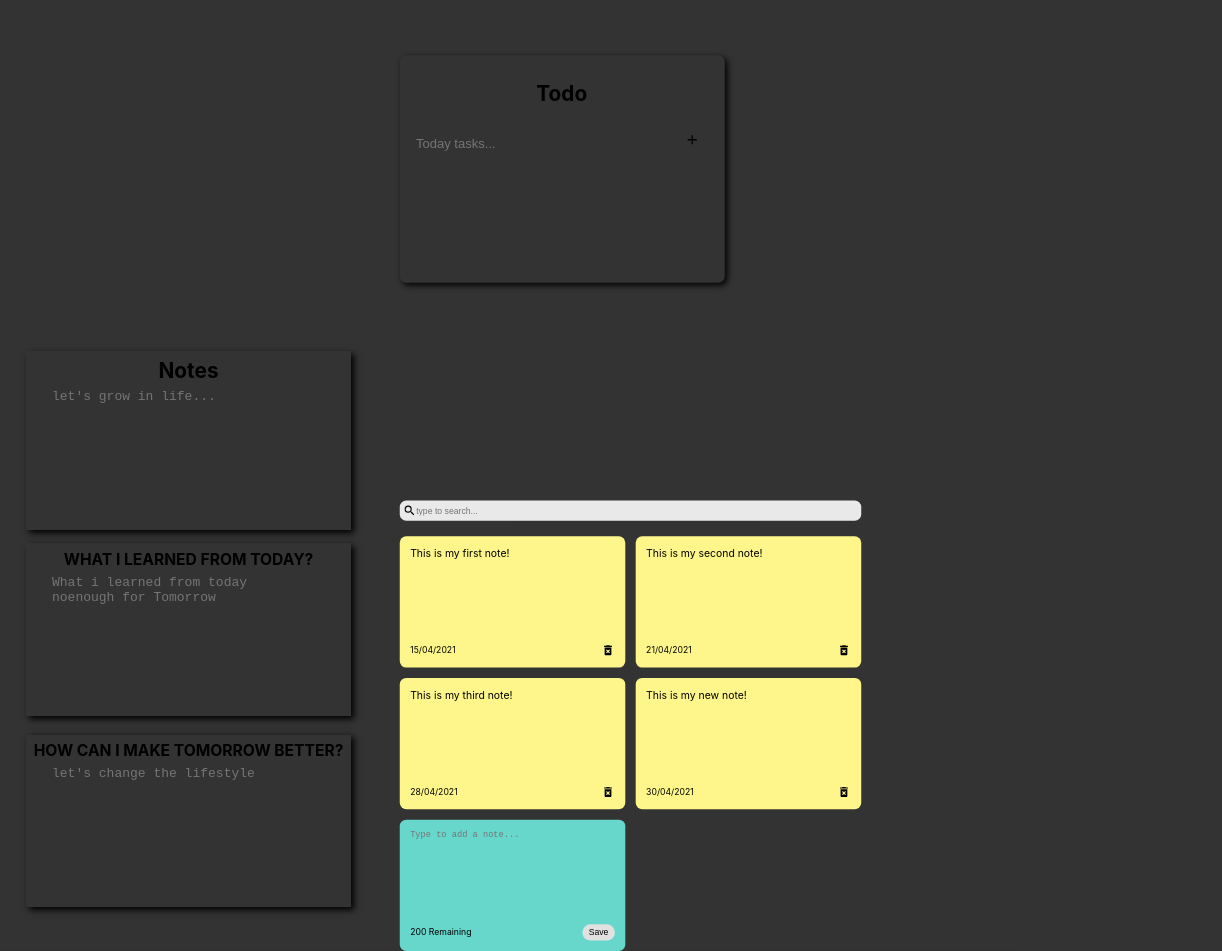
Repository: subhamRsahoo/note
Page: /
These files come from the project's save history. The page is drawn as it stood at one moment and after the next save; the edit follows.
The browser window is 1280 px wide. The page is 1880 px wide, then 1780 px, so the pictures cover 1880 px, including what lies to the right of the window. The pictures show the whole page, at 65% of full size.
The project was rebuilt for these pictures with package versions that can differ from the ones it lists, and the page was loaded fresh each time.

Above is the page before, as saved 2021-07-15 17:41:19.

After the next save:
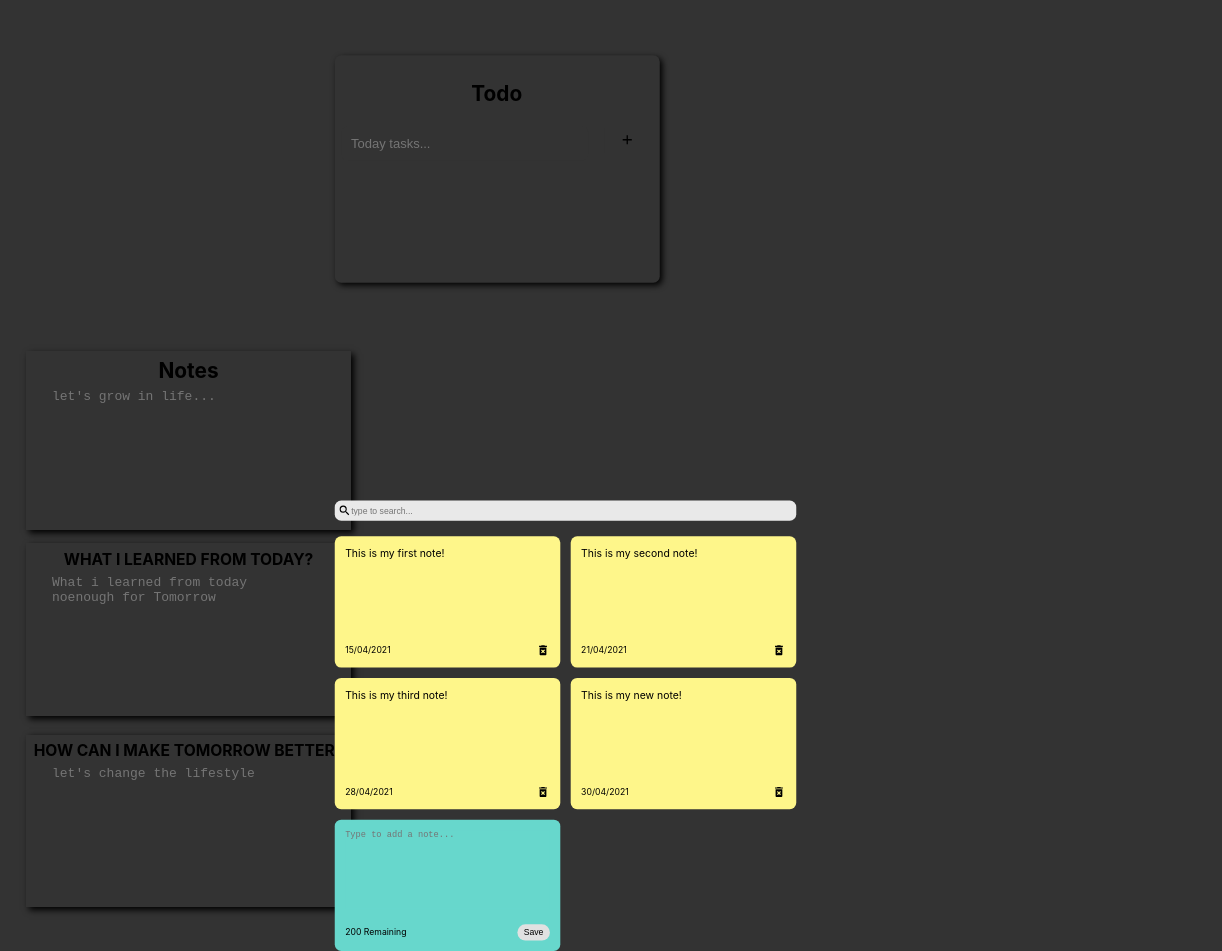
Saved 12 s later.
--- a/src/components/New folder/index.css
+++ b/src/components/New folder/index.css
@@ -31,7 +31,7 @@ code {
 	min-width: 1260px;
 	/* margin-right: auto; */
 	/* position: ; */
-	left: 600px;
+	left: 500px;
 	padding-right: 15px;
 	padding-left: 15px;
 	min-height: 500px;
